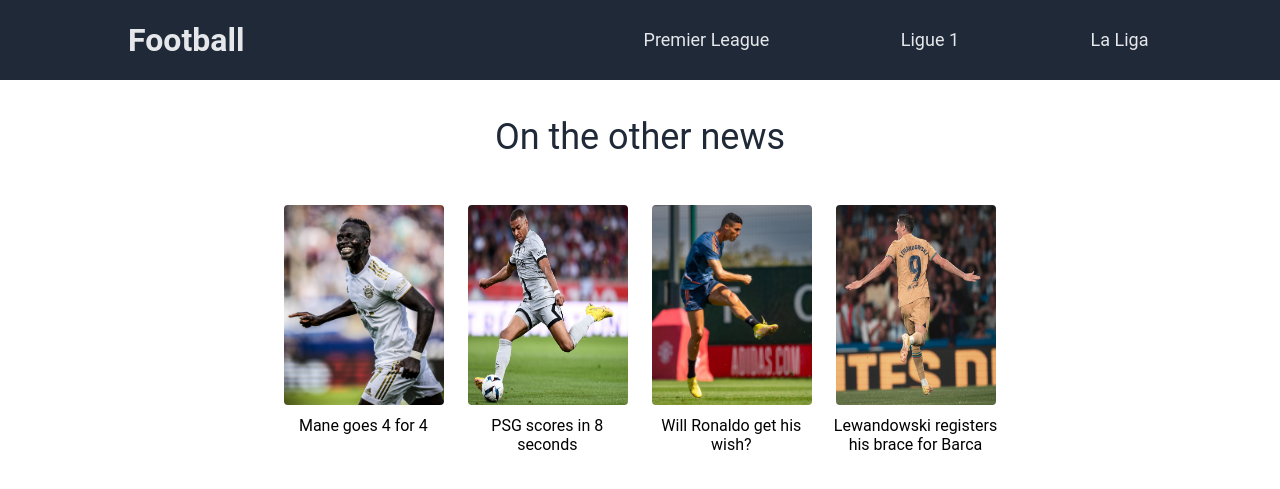
Repository: MhlengiNgubane/Brainnest_CSS
Page: pages/link2.html
These files come from the project's save history. The page is drawn as it stood at one moment and after a run of saves; the edit follows.
The browser window is 1280 px wide. The pictures show the whole page.
Some web fonts or font styles are not loaded; a fallback is used.

Above is the page before, as saved 2022-08-28 08:25:53.

After the next 2 saves:
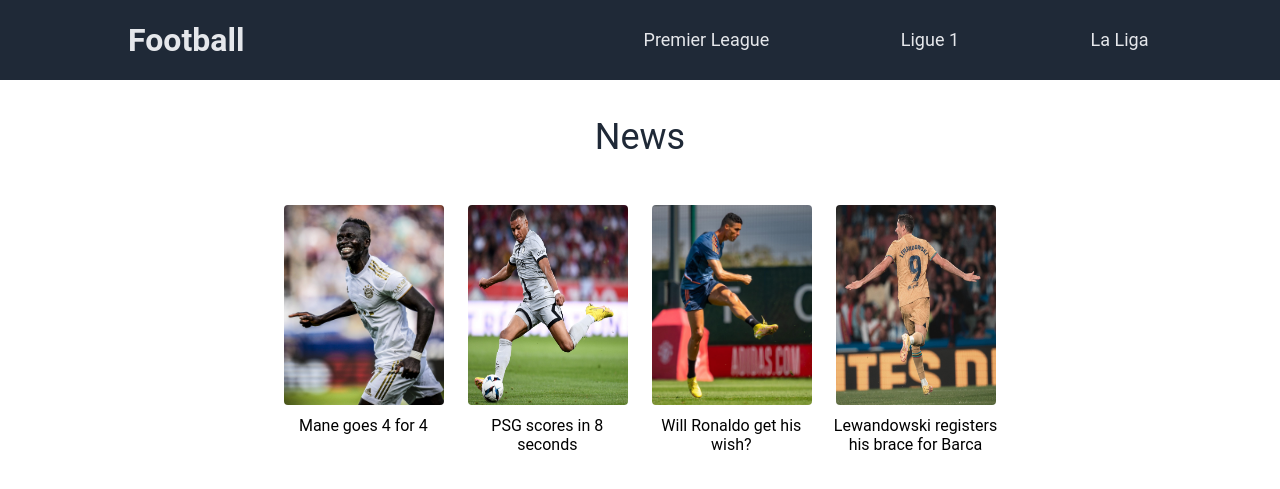
The 2 saves are shown as one change because they came seconds apart.
The last was saved 23 s later.
--- a/pages/link2.html
+++ b/pages/link2.html
@@ -20,7 +20,7 @@
         </nav>
     </header>
     <main>
-        <p class="main-one-header">On the other news</p>
+        <p class="main-one-header">News</p>
         <section class="images">
             <figure>
                 <img
